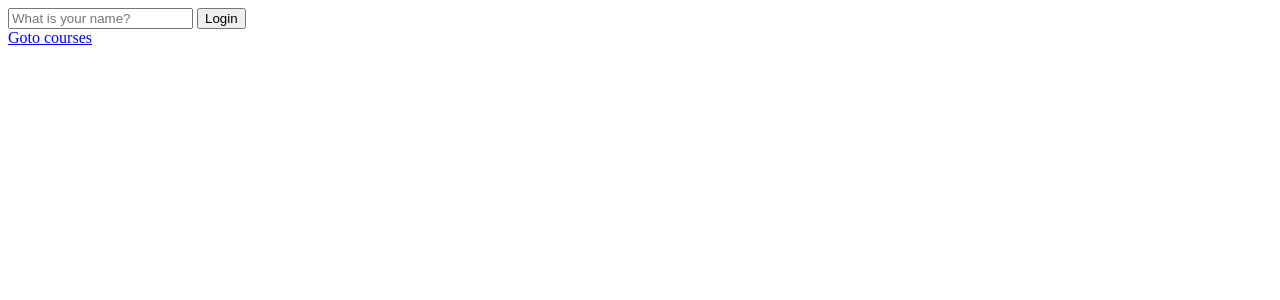
Repository: eunsuneun/js-momentum
Page: index.html
The author's editor kept a copy of each file at every save. The page is drawn from the files as they stood at one save, then again after a run of saves.
The browser window is 1280 px wide. The pictures show the whole page.

Above is the page before, as saved 2021-08-31 17:49:12.

After the next 3 saves:
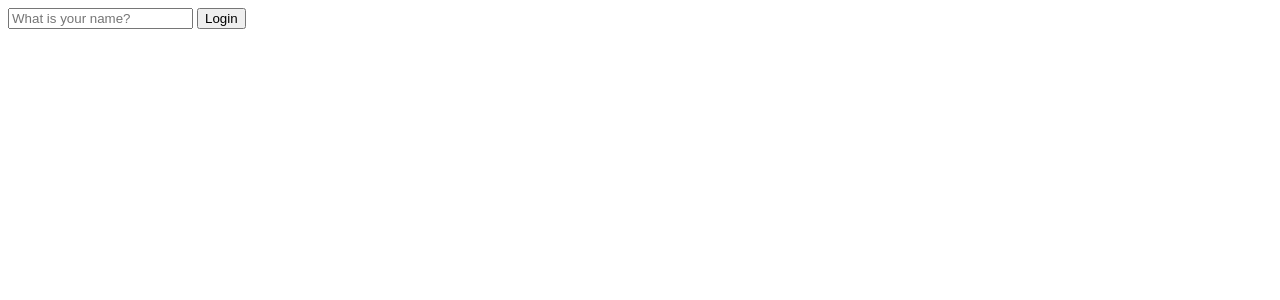
Console error: TypeError: Cannot read properties of null (reading 'addEventListener')
The 3 saves are shown as one change because they came seconds apart.
The last was saved 56 s later.
--- a/index.html
+++ b/index.html
@@ -5,7 +5,6 @@
   <meta charset="UTF-8">
   <meta name="viewport" content="width=device-width, initial-scale=1.0">
   <link rel="stylesheet" href="style.css">
-  <script src="app.js"></script>
   <title>Momentum</title>
 </head>
 <form class="login-form">
@@ -13,7 +12,7 @@
   <button>Login</button>
 </form>
 <h1 class="hidden greeting"></h1>
-<a href="https://www.naver.com/">Goto courses</a>
+<script src="app.js"></script>
 
 <body>
 
